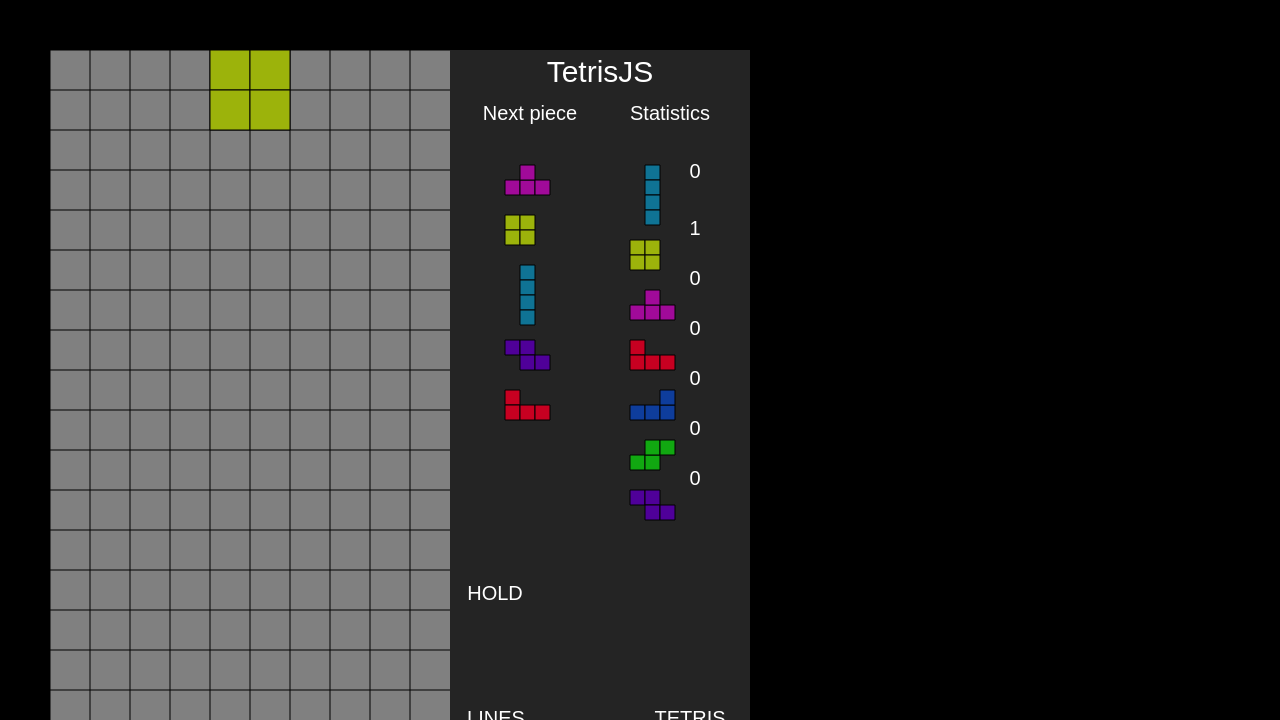
Repository: hosua/TetrisJS
Page: index.html
These files come from the project's save history. The page is drawn as it stood at one moment and after the next save; the edit follows.
The browser window is 1280 px wide. The pictures show the whole page.

Above is the page before, as saved 2023-11-08 04:31:20.

After the next save:
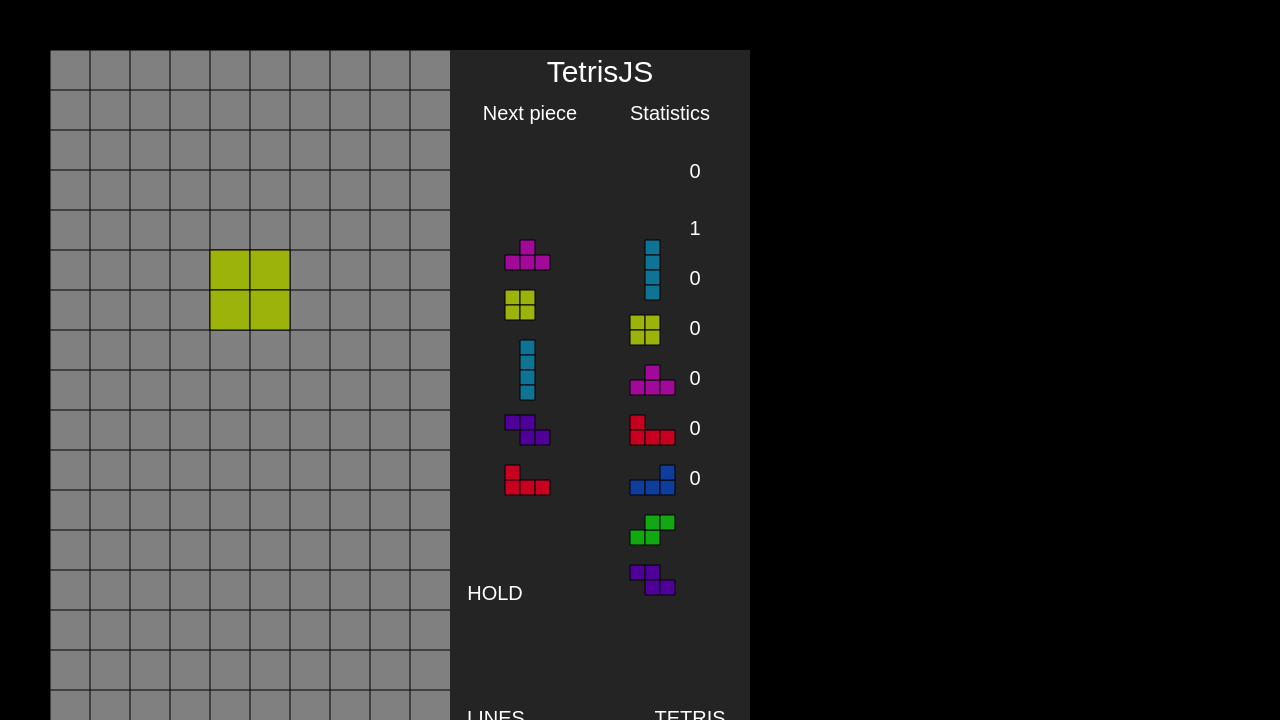
Saved 31 s later.
--- a/src/Tetris.js
+++ b/src/Tetris.js
@@ -7,7 +7,7 @@
 const PLAYFIELD_XMAX = 10;
 const Y_OFF = 5;
 
-const DEFAULT_ORIGIN = [5, 5];
+const DEFAULT_ORIGIN = [5, 10];
 
 export const KEY = {
 	SPACE: 32, 								// hard drop
